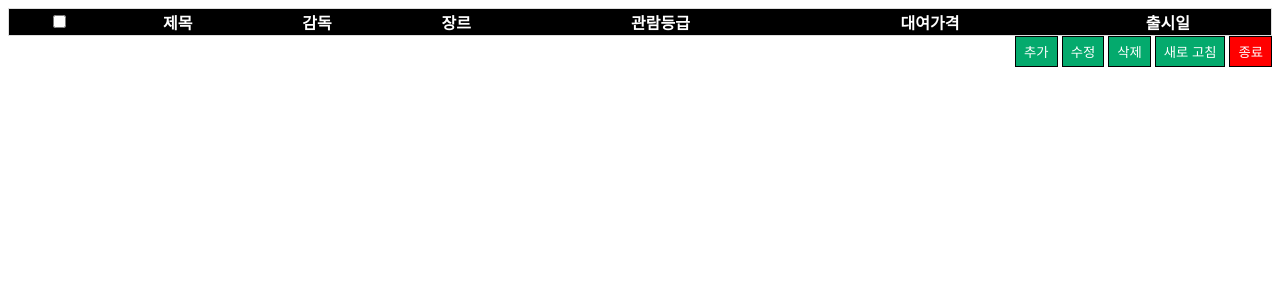
Repository: yonghwankim-dev/DVD_ManagementSystem
Page: http://localhost/DVD/index/dvd_admin
The author's editor kept a copy of each file at every save. The page is drawn from the files as they stood at one save, then again after the next save.
The browser window is 1280 px wide. The pictures show the whole page.
The page is served by Tomcat 9. Queries for data that is not in the repository find no rows.

Above is the page before, as saved 2021-07-14 07:39:58.

After the next save:
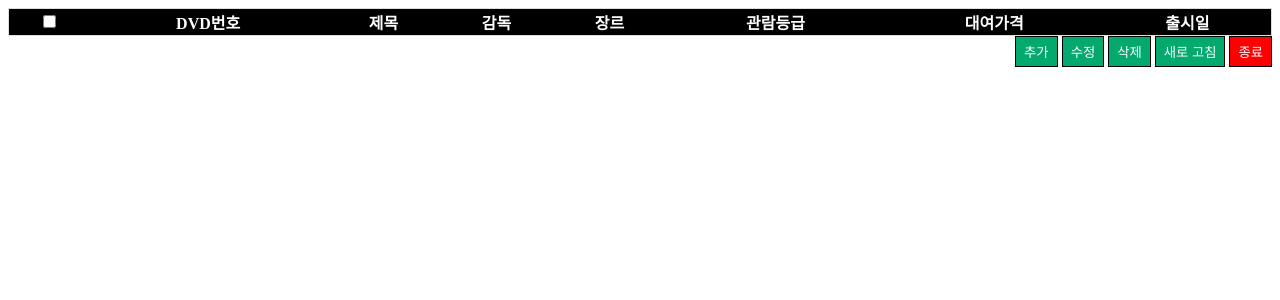
Saved 3 min 48 s later.
--- a/DVD/WebContent/WEB-INF/view/dvd_admin.jsp
+++ b/DVD/WebContent/WEB-INF/view/dvd_admin.jsp
@@ -21,6 +21,7 @@
                     <thead>
                         <tr>
                         	<th><input type="checkbox" name="chk"></th>
+                        	<th>DVD번호</th>
                         	<th>제목</th>
 	                        <th>감독</th>
 	                        <th>장르</th>
@@ -33,6 +34,7 @@
                         <c:forEach var="dvd" items="${dvd_list}">
 		                	<tr>
 		                		<td><input type="checkbox" name="chk"></td>
+		                		<th>${dvd.d_num}</th>
 		                        <td>${dvd.title}</td>
 		                        <td>${dvd.director}</td>
 		                        <td>${dvd.category}</td>
@@ -46,7 +48,7 @@
             </div>
             <div class="main__btns">
                 <input type="button" name="cmd" value="추가" onclick="openInsertPopUp()">
-                <input type="button" name="cmd" value="수정" onclick="openUpdatePopUp()">
+                <input type="button" name="cmd" value="수정" onclick="">
                 <input type="submit" name="cmd" value="삭제">
                 <input type="submit" name="cmd" value="새로 고침">
                 <input type="button" class="cancelBtn" onclick="location.href='/DVD/index'" value="종료">
